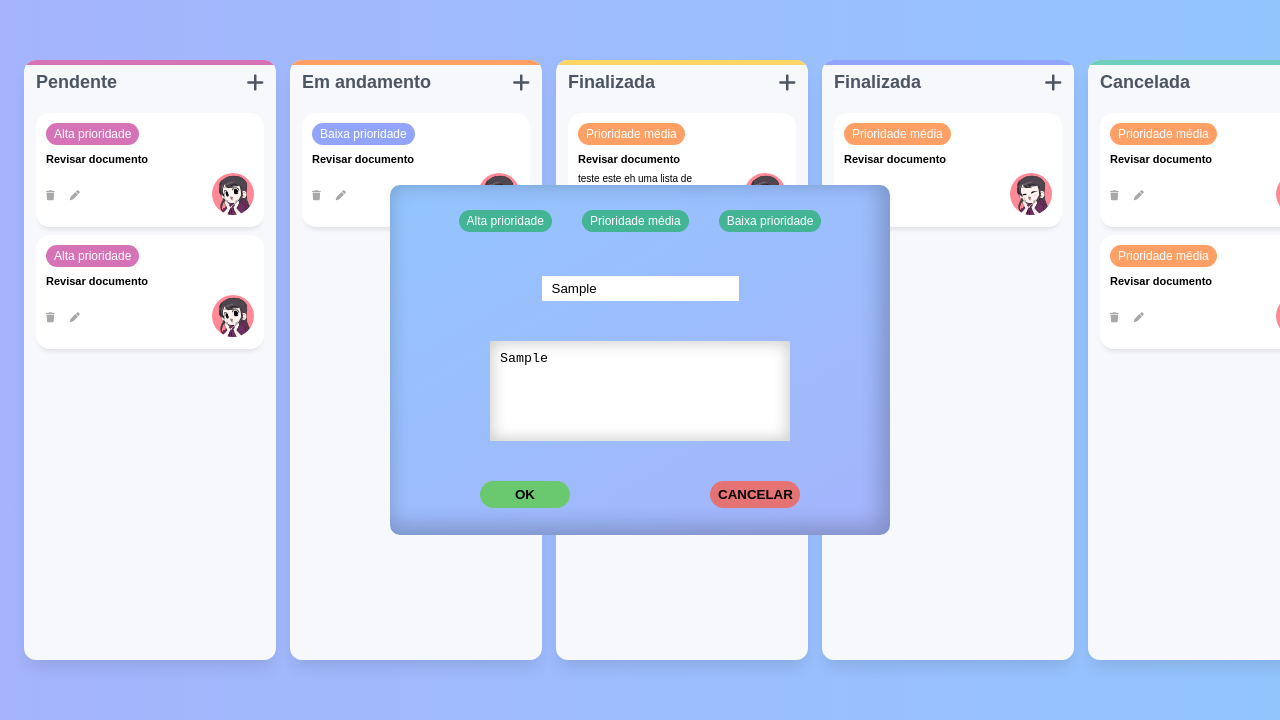
Repository: Marinalr-25/ProjetoToDoList
Page: index.html
The author's editor kept a copy of each file at every save. The page is drawn from the files as they stood at one save, then again after the next save.
The browser window is 1280 px wide. The pictures show the whole page.
Empty fields were first filled with sample values (such as "Sample", 5 or name@example.com).
After loading, the first visible `i.fa-solid` was clicked once.
Some web fonts or font styles are not loaded; a fallback is used. Some web libraries are served in a nearby version.

Above is the page before, as saved 2024-11-01 12:58:30.

After the next save:
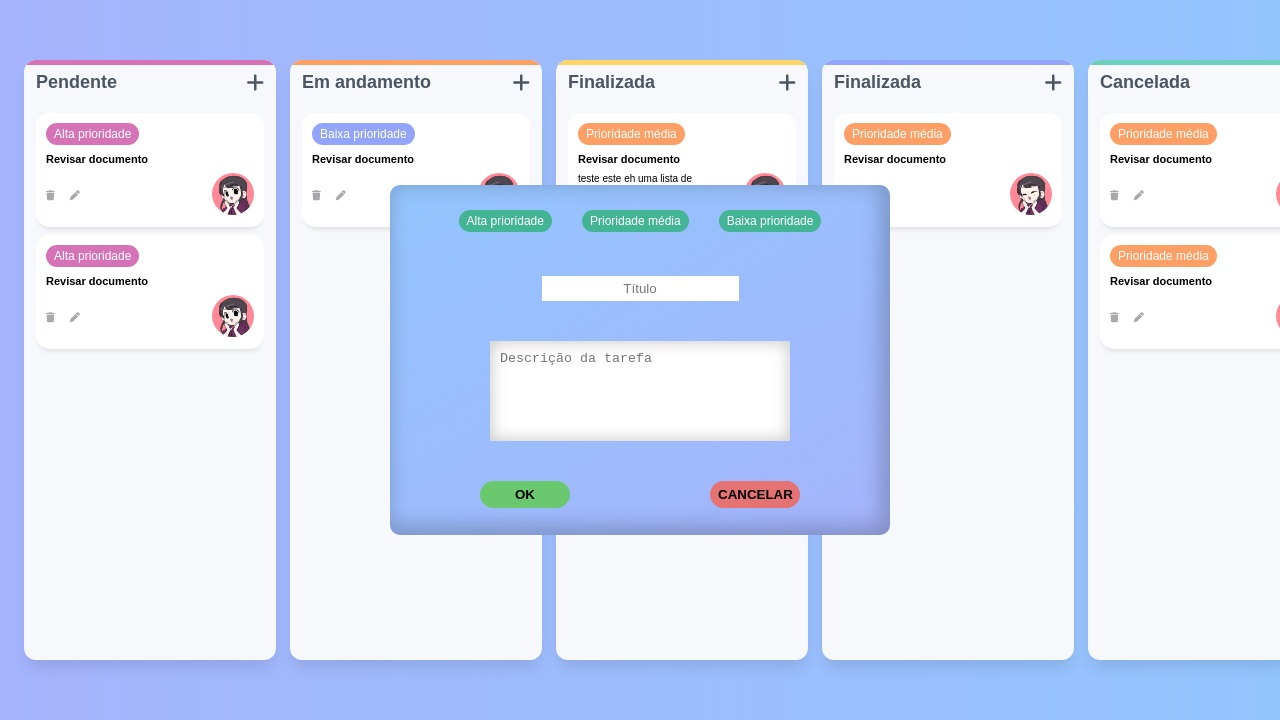
Saved 109 s later.
--- a/javascript/script.js
+++ b/javascript/script.js
@@ -75,6 +75,8 @@ document.addEventListener('DOMContentLoaded', function () {
 
   mais.forEach((adicionar) => {
     adicionar.addEventListener('click', function () {
+      title.value = '';
+      textarea.value = '';
       adicionando.style.display = 'flex';
     });
   });
